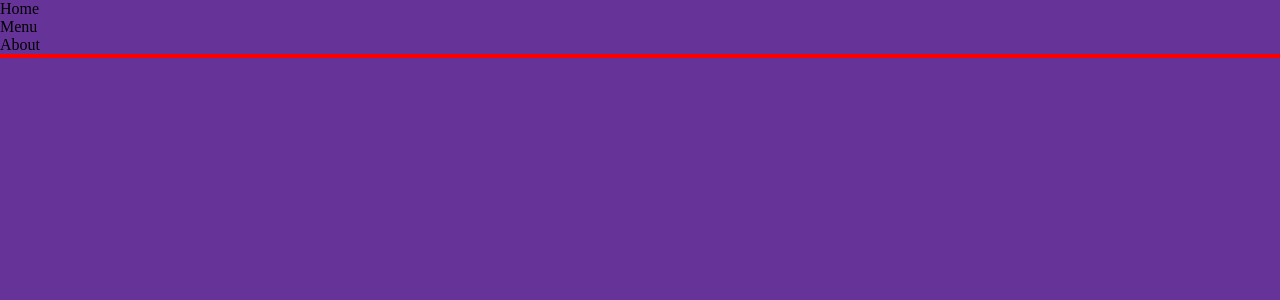
Repository: Dimitris2031/Restaurant-Front-page
Page: / (app in webpack-practice/)
These files come from the project's save history. The page is drawn as it stood at one moment and after the next save; the edit follows.
The browser window is 1280 px wide. The pictures show the whole page.
The project was rebuilt for these pictures with package versions that can differ from the ones it lists, and the page was loaded fresh each time. Also part of the build but not shown: webpack-practice/webpack.config.js.

Above is the page before, as saved 2025-09-10 10:24:31.

### webpack-practice/src/template.html
<!DOCTYPE html>
<html lang="en">
<head>
  <meta charset="UTF-8">
  <title>Webpack Practice</title>
</head>
<body>
  <header>
    <nav>Home</nav>
    <nav>Menu</nav>
    <nav>About</nav>
  </header>
  <div id="content"></div>
</body>
</html>

### webpack-practice/src/index.js
// src/index.js
import "./styles.css";
// import odinImage from "./odin.png";
import { greeting } from "./greeting.js";
const image = document.createElement("img");
// image.src = odinImage;

// document.body.appendChild(image);

console.log(greeting);

### webpack-practice/src/styles.css
*{
  margin: 0;
  padding: 0;
  box-sizing: border-box;
}

/* styles.css */
body {
  background-color: rebeccapurple;
}

#content{
  display: flex;
  justify-content: center;
  align-items: center;
  border: 2px solid red;
}

### webpack-practice/src/greeting.js
// greeting.js
console.log("greeting.js is loaded");

After the next save:
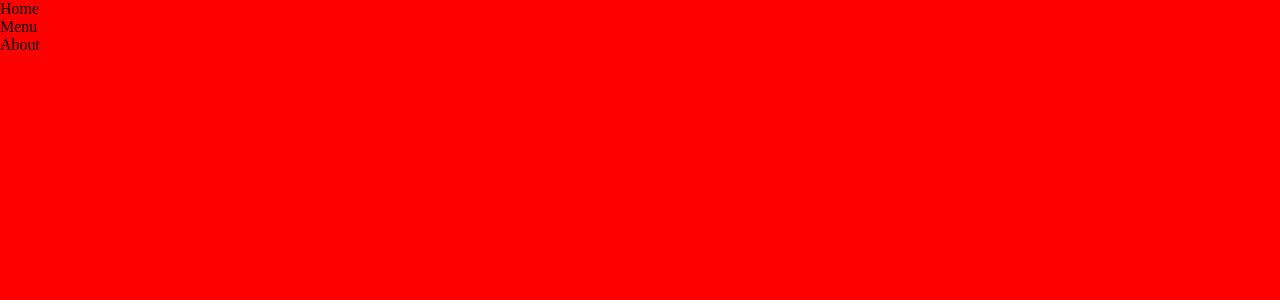
Saved 27 s later.
--- a/webpack-practice/src/styles.css
+++ b/webpack-practice/src/styles.css
@@ -6,7 +6,7 @@
 
 /* styles.css */
 body {
-  background-color: rebeccapurple;
+  background-color: red;
 }
 
 #content{

After the save that followed:
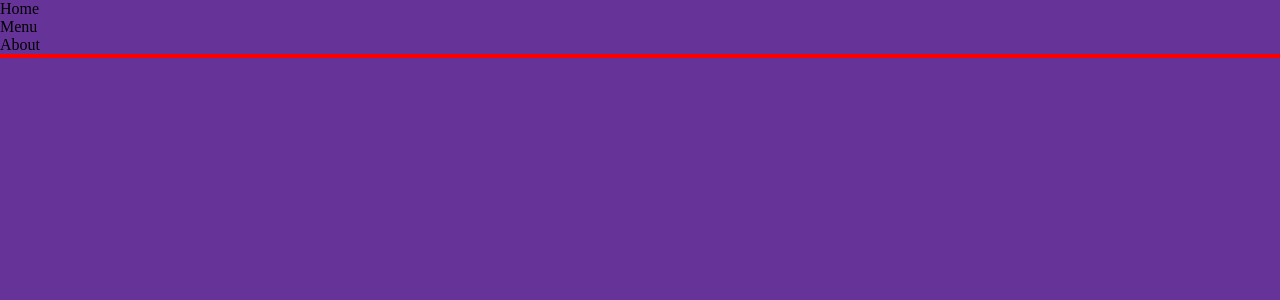
Saved 19 s later.
--- a/webpack-practice/src/styles.css
+++ b/webpack-practice/src/styles.css
@@ -6,7 +6,7 @@
 
 /* styles.css */
 body {
-  background-color: red;
+  background-color: rebeccapurple;
 }
 
 #content{
